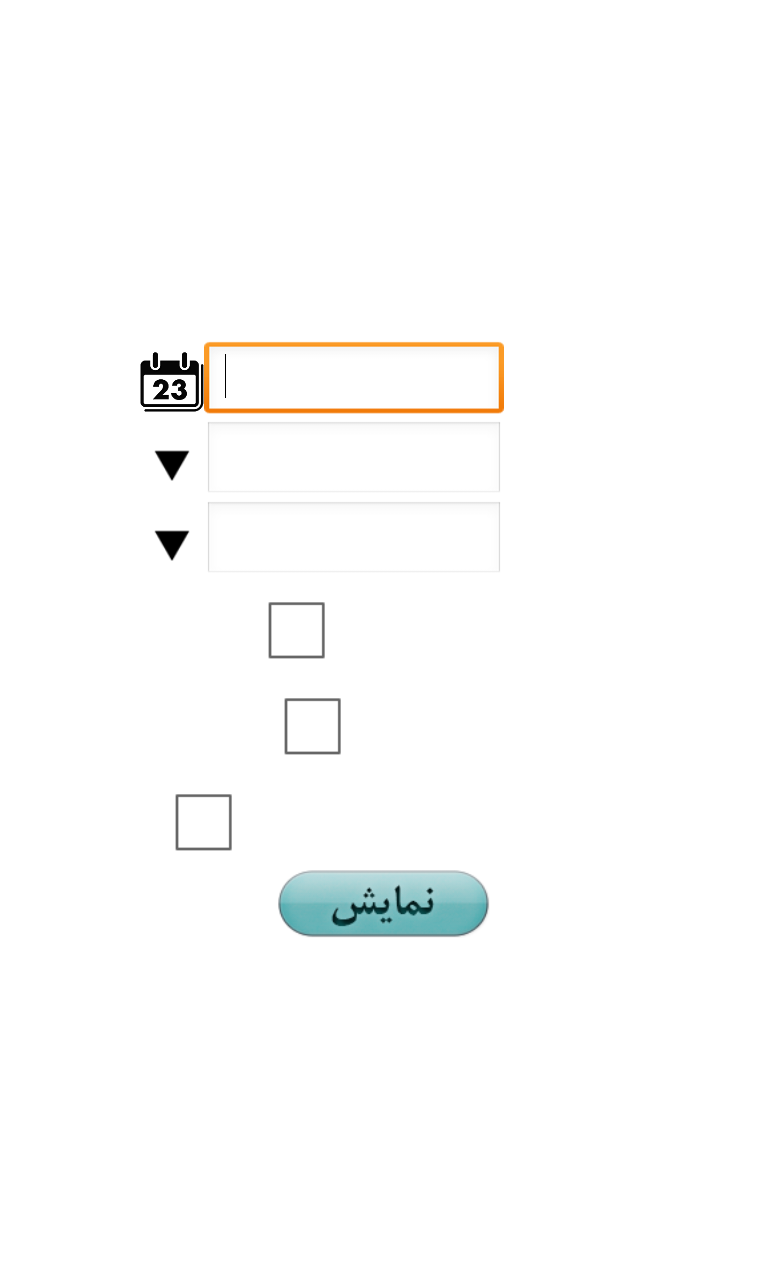
Repository: AtiehPardaz/Reports-Mobile
Layout: Reportsmobile/res/layout/frg_kala_riali.xml
These files come from the project's save history. The layout is drawn as it stood at one moment and after the next save; the edit follows.
It is drawn on a 768 x 1280 px phone screen (xhdpi) without system bars, with theme Theme.behzad; the app's code is not run.

Above is the layout before, as saved 2015-03-11 14:53:56.

After the next save:
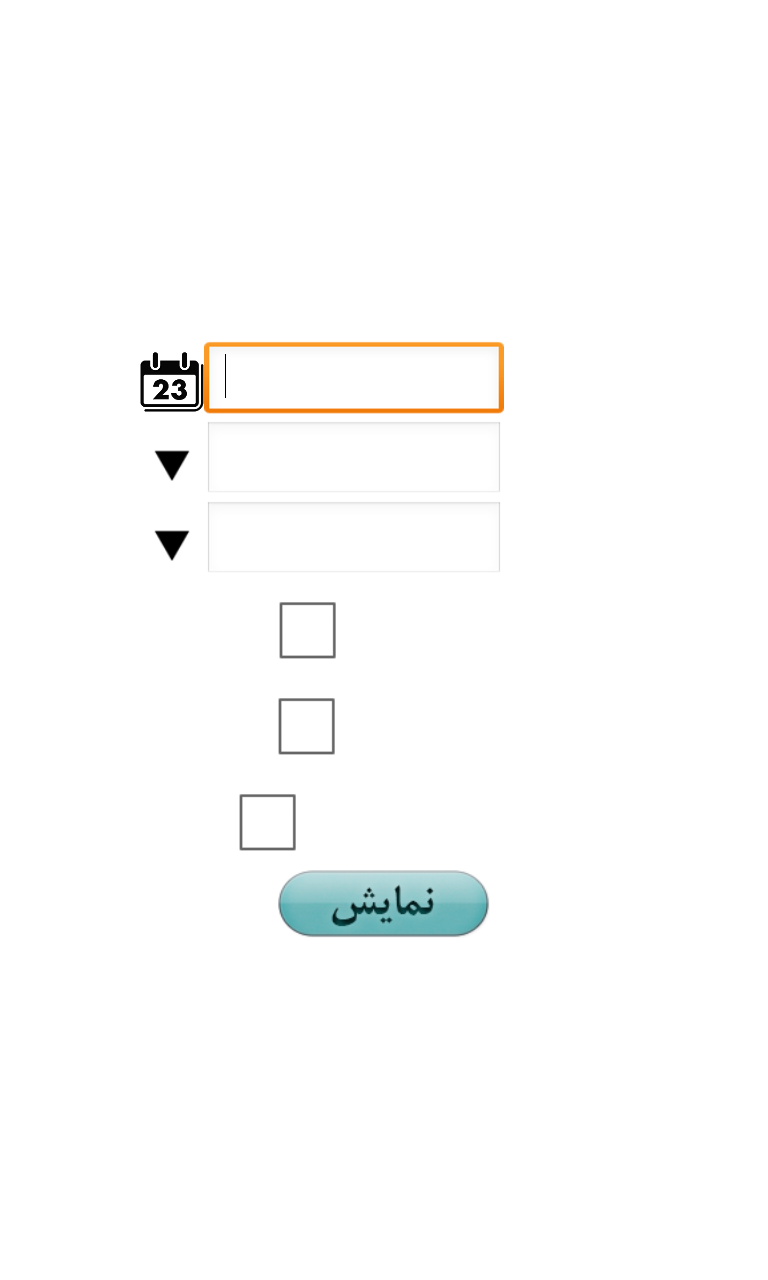
Saved 37 s later.
--- a/Reportsmobile/res/layout/frg_kala_riali.xml
+++ b/Reportsmobile/res/layout/frg_kala_riali.xml
@@ -118,7 +118,8 @@
                 android:id="@+id/checkBox2"
                 android:layout_width="wrap_content"
                 android:layout_height="wrap_content"
-                android:text="قیمت تمام شده" />
+                android:text="قیمت تمام شده"
+                android:textSize="14sp" />
 
         </LinearLayout>
 <LinearLayout
@@ -131,7 +132,8 @@
                 android:id="@+id/acheckBox2"
                 android:layout_width="wrap_content"
                 android:layout_height="wrap_content"
-                android:text="قیمت فروش" />
+                android:text="قیمت فروش    "
+                android:textSize="14sp" />
 
         </LinearLayout>
         <LinearLayout
@@ -144,7 +146,8 @@
                 android:id="@+id/acheckBox3"
                 android:layout_width="wrap_content"
                 android:layout_height="wrap_content"
-                android:text="نمایش بصورت تجمیعی            " />
+                android:text="نمایش بصورت تجمیعی"
+                android:textSize="14sp" />
 
         </LinearLayout>
 <ImageButton
